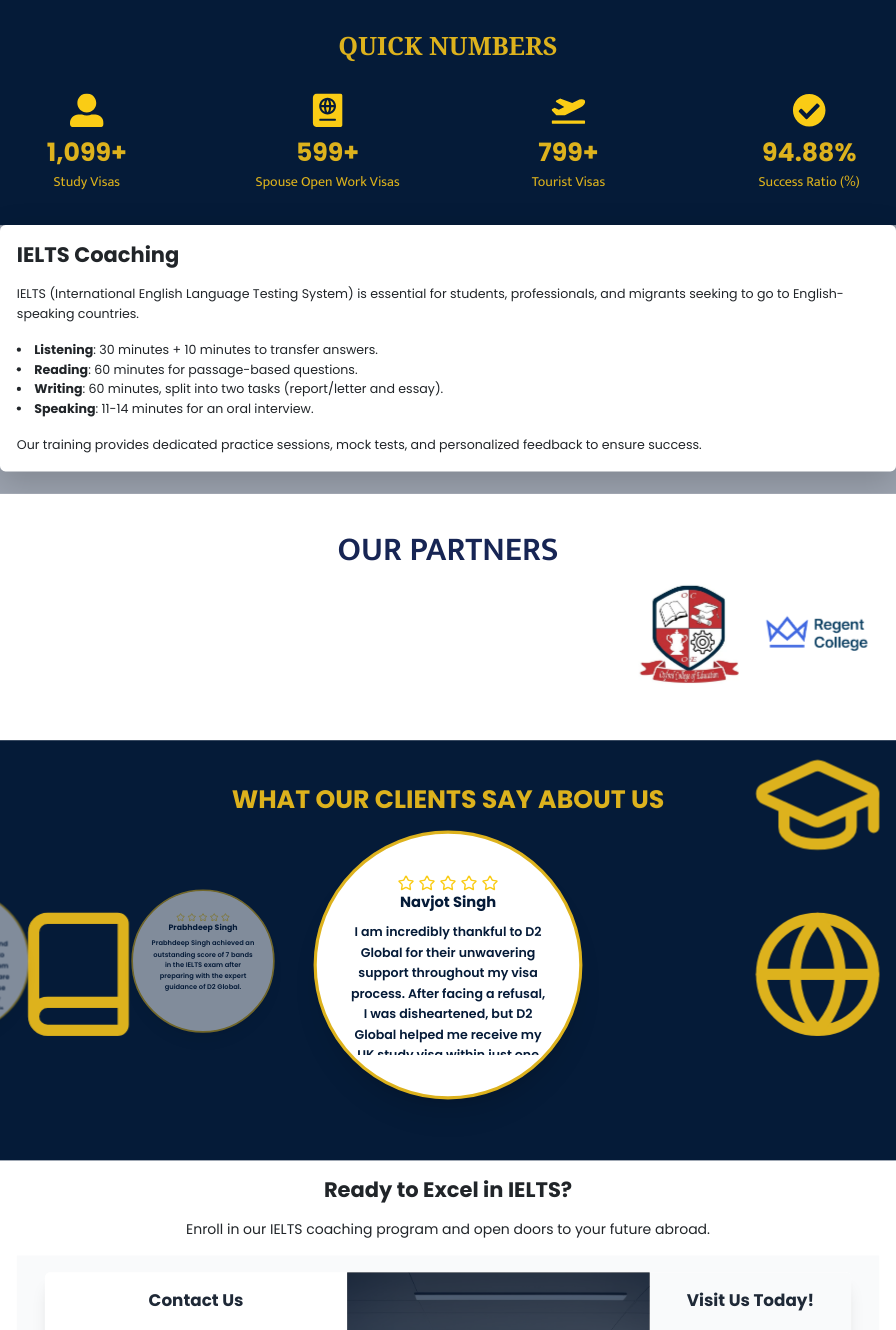
Repository: abhijeets54/d2globalbackup
Page: /IELTSCoaching
These files come from the project's save history. The page is drawn as it stood at one moment and after a run of saves; the edit follows.
The browser window is 1280 px wide. The pictures show the part of the page from y = 381 to 2281 px (the page is 3240 px tall before and 3139 px after), at 70% of full size.
Pictures or frames that could not be fetched are drawn as grey boxes. Some web fonts or font styles are not loaded; a fallback is used. The project was rebuilt for these pictures with package versions that can differ from the ones it lists, and the page was loaded fresh each time. Also part of the build but not shown: vite.config.js, src/components/Logo.jsx, src/components/Button.jsx, src/components/PostCard.jsx, src/components/Input.jsx, src/components/Collage.jsx, src/components/PassportServiceSlider.jsx, src/components/About.jsx and 29 more.

Above is the page before, as saved 2024-10-22 14:48:53.

### index.html
<!doctype html>
<html lang="en">
  <head>
    <meta charset="UTF-8" />
    <link rel="icon" type="image/svg+xml" href="/logo.png" />
    <meta name="viewport" content="width=device-width, initial-scale=1.0" />
    <link href="https://fonts.googleapis.com/css2?family=Gothic+A1&family=Inconsolata:wght@200..900&family=Mukta:wght@200;300;400;500;600;700;800&family=Poppins:ital,wght@0,100;0,200;0,300;0,400;0,500;0,600;0,700;0,800;0,900;1,100;1,200;1,300;1,400;1,500;1,600;1,700;1,800;1,900&display=swap" rel="stylesheet">
    <link rel="preconnect" href="https://fonts.googleapis.com">
<link rel="preconnect" href="https://fonts.gstatic.com" crossorigin>
<link href="https://fonts.googleapis.com/css2?family=Lora:ital,wght@0,400..700;1,400..700&family=Merriweather:ital,wght@0,300;0,400;0,700;0,900;1,300;1,400;1,700;1,900&family=Open+Sans:ital,wght@0,300..800;1,300..800&family=Playfair+Display:ital,wght@0,400..900;1,400..900&display=swap" rel="stylesheet">
    <link rel="preconnect" href="https://fonts.googleapis.com">
<link rel="preconnect" href="https://fonts.gstatic.com" crossorigin>
<link href="https://fonts.googleapis.com/css2?family=Lora:ital,wght@0,400..700;1,400..700&family=Merriweather:ital,wght@0,300;0,400;0,700;0,900;1,300;1,400;1,700;1,900&family=Open+Sans:ital,wght@0,300..800;1,300..800&display=swap" rel="stylesheet">
    <link rel="preconnect" href="https://fonts.googleapis.com">
<link rel="preconnect" href="https://fonts.gstatic.com" crossorigin>
<link href="https://fonts.googleapis.com/css2?family=Merriweather:ital,wght@0,300;0,400;0,700;0,900;1,300;1,400;1,700;1,900&display=swap" rel="stylesheet">
    <link href="https://cdn.jsdelivr.net/npm/bootstrap@5.3.3/dist/css/bootstrap.min.css" rel="stylesheet" integrity="sha384-QWTKZyjpPEjISv5WaRU9OFeRpok6YctnYmDr5pNlyT2bRjXh0JMhjY6hW+ALEwIH" crossorigin="anonymous">
    <link
  rel="stylesheet"
  href="https://cdnjs.cloudflare.com/ajax/libs/font-awesome/5.15.3/css/all.min.css"
/>
    <title>D2 Global</title>
  </head>
  <body class="bg-slate-400">
    <div id="root"></div>
    <script src="https://cdn.jsdelivr.net/npm/bootstrap@5.3.3/dist/js/bootstrap.bundle.min.js" integrity="sha384-YvpcrYf0tY3lHB60NNkmXc5s9fDVZLESaAA55NDzOxhy9GkcIdslK1eN7N6jIeHz" crossorigin="anonymous"></script>
    <script type="module" src="/src/main.jsx"></script>
  </body>
</html>

### src/main.jsx
import React from 'react';
import ReactDOM from 'react-dom/client';
import { RouterProvider, createBrowserRouter } from 'react-router-dom';
import App from './App.jsx';
import './index.css';
import Home from './pages/Home.jsx';
import About from './components/About.jsx';
import Layout from './components/Layout.jsx';
import AboutUs from './pages/AboutUs.jsx';
import StudyUK from './pages/StudyUK.jsx';
import StudyAus from './pages/StudyAus.jsx';
import StudyCan from './pages/StudyCan.jsx';
import StudyNz from './pages/StudyNz.jsx';
import StudyUSA from './pages/StudyUSA.jsx';
import StudyEurope from './pages/StudyEurope.jsx';
import StudyDubai from './pages/StudyDubai.jsx';
import StudyAbroad from './pages/StudyAbroad.jsx';
import Training from './pages/Training.jsx';
import TouristVisa from './pages/TouristVisa.jsx';
import WorkVisa from './pages/WorkVisa.jsx';
import VisitorVisa from './pages/VisitorVisa.jsx';
import Contactpage from './pages/Contactpage.jsx';
import PR from './pages/PR.jsx';
import IELTSCoaching from './pages/IELTSCoaching.jsx';
import PTECoaching from './pages/PTECoaching.jsx';
import SuccessStories from './pages/SuccessStories.jsx';

const router = createBrowserRouter([
  {
    path: '/',
    element: <App />,
    children: [
      {
        element: <Layout />,
        children: [
          { path: '/', element: <Home /> },
          { path: '/About', element: <About />},
          { path: '/AboutUs', element: <AboutUs />},
          { path: '/StudyUK', element: <StudyUK /> },
          { path: '/StudyAus', element: <StudyAus /> },
          { path: '/StudyAbroad', element: <StudyAbroad /> },
          { path: '/Training', element: <Training /> },
          { path: '/SuccessStories', element: <SuccessStories /> },
          { path: '/StudyUSA', element: <StudyUSA /> },
          { path: '/Contactpage', element: <Contactpage /> },
          { path: '/IELTSCoaching', element: <IELTSCoaching /> },
          { path: '/PTECoaching', element: <PTECoaching /> },
          { path: '/PR', element: <PR /> },
          { path: '/WorkVisa', element: <WorkVisa /> },
          { path: '/StudyEurope', element: <StudyEurope /> },
          { path: '/StudyDubai', element: <StudyDubai /> },
          { path: '/TouristVisa', element: <TouristVisa /> },
          { path: '/VisitorVisa', element: <VisitorVisa /> },
          { path: '/StudyCan', element: <StudyCan /> },
          { path: '/StudyNz', element: <StudyNz /> },
        ],
      },
    ],
  },
]);

ReactDOM.createRoot(document.getElementById('root')).render(
  <React.StrictMode>
    <RouterProvider router={router} />
  </React.StrictMode>
);

### src/App.jsx
import React, { useState, useEffect } from 'react'
import './App.css'
import { Footer, Header } from './components'
import { Outlet } from 'react-router-dom'


function App() {
  const [loading, setLoading] = useState(false)

  return !loading ? (
    <div className='min-h-screen flex flex-wrap content-between bg-gray-400'>
      <div className='w-full block'>
        <Header />
        <main>
        <Outlet />
        </main>
        <Footer />
      </div>
    </div>
  ) : null
}

export default App

### src/index.css
@tailwind base;
@tailwind components;
@tailwind utilities;

@keyframes slideIn {
    from {
      transform: translateX(100%);
      opacity: 0;
    }
    to {
      transform: translateX(0);
      opacity: 1;
    }
  }

  .slide-in {
    animation: slideIn 0.5s ease-out;
  }
  /* Animation for sliding content */
.slide-enter {
    transform: translateX(100%);
    opacity: 0;
  }

  .slide-enter-active {
    transform: translateX(0);
    opacity: 1;
    transition: transform 0.3s ease-in-out, opacity 0.3s ease-in-out;
  }

  .slide-exit {
    transform: translateX(0);
    opacity: 1;
  }

  .slide-exit-active {
    transform: translateX(-100%);
    opacity: 0;
    transition: transform 0.3s ease-in-out, opacity 0.3s ease-in-out;
  }

  /* Custom CSS to hide the scrollbar */
.scrollbar-hide::-webkit-scrollbar {
    display: none;
  }

  .scrollbar-hide {
    -ms-overflow-style: none; /* IE and Edge */
    scrollbar-width: none; /* Firefox */
  }

  @layer utilities {
    @keyframes slideIn {
      from {
        opacity: 0;
        transform: translateX(100%);
      }
      to {
        opacity: 1;
        transform: translateX(0);
      }
    }

    .animate-slide-in {
      animation: slideIn 0.7s ease-out forwards;
    }
  }
  /* Optional: Add custom animations */
@keyframes move-plane {
  from {
    transform: translateY(0);
  }
  to {
    transform: translateY(500px); /* Adjust this value based on the desired movement */
  }
}
@keyframes slideInLeft {
  from {
    transform: translateX(-100%);
    opacity: 0;
  }
  to {
    transform: translateX(0);
    opacity: 1;
  }
}

@keyframes slideInRight {
  from {
    transform: translateX(100%);
    opacity: 0;
  }
  to {
    transform: translateX(0);
    opacity: 1;
  }
}

.slide-in-left {
  animation: slideInLeft 0.5s forwards;
}

.slide-in-right {
  animation: slideInRight 0.5s forwards;
}
@media (max-width: 768px) {
  .left-slide, .right-slide {
    left: -80px; /* Adjust for smaller screens */
    transform: translateX(-5px); /* Adjust for spacing */
  }
}

@media (max-width: 480px) {
  .left-slide, .right-slide {
    left: -60px; /* Adjust for mobile screens */
    transform: translateX(-3px); /* Adjust for spacing */
  }

  .w-56 {
    width: 90% !important; /* Full width on mobile */
  }

  .w-64 {
    width: 90% !important; /* Full width on mobile */
  }
}

@keyframes slide-left {
  from {
    transform: translateX(-100%);
  }
  to {
    transform: translateX(0);
  }
}

@keyframes slide-right {
  from {
    transform: translateX(100%);
  }
  to {
    transform: translateX(0);
  }
}

.animate-slide-left {
  animation: slide-left 0.5s ease-in-out;
}

.animate-slide-right {
  animation: slide-right 0.5s ease-in-out;
}

/* In your CSS file */
.blurred-bg {
  background-image: url('/path-to-your-image.jpg'); /* Background image */
  background-size: cover;
  background-position: center;
  filter: blur(8px); /* Adjust blur as needed */
  position: absolute;
  top: 0;
  left: 0;
  right: 0;
  bottom: 0;
  z-index: -1; /* Send it behind other content */
}

### src/components/Layout.jsx
// src/components/Layout.jsx
import React from 'react';
import { Outlet, useNavigate } from 'react-router-dom';

const Layout = () => {
  const navigate = useNavigate();

  const handleDonateClick = () => {
    navigate('/Donate');
  };

  return (
    <div>
      <Outlet />
      {/* <a
        href="#top"
        className="fixed right-2 bottom-16 bg-blue-950 text-white hover:bg-yellow-500 py-1 px-2 rounded-2 h-8 w-10 mt-2"
        style={{ zIndex: 1000 }}
      >
        <img src="../../IOC Website pictures/icons8-top-50.png" alt="Go to top " />
      </a> */}
    </div>
  );
};

export default Layout;

### src/pages/IELTSCoaching.jsx
import React, { useState, useEffect } from 'react';
import { motion } from 'framer-motion';
import QuickEnquiry from '../components/ContactUs/QuickEnquiry';
import QuickNumbers from '../components/QuickNumbers';
import OurAssociates from '../components/OurAssociates';
import WhatPeopleAreSaying from '../components/WhatPeopleAreSaying';
import Register from '../components/Register';
import WorldMapContact from '../components/ContactSystem';
const IELTSCoaching = () => {
  const [loaded, setLoaded] = useState(false);

  useEffect(() => {
    setLoaded(true);
  }, []);

  return (
    <>
      {/* <QuickEnquiry /> */}

      {/* Hero Section with Image */}
      <motion.div
        className="text-left bg-white px-4 sm:px-8 py-8"
        initial={{ opacity: 0, y: -50 }}
        animate={{ opacity: 1, y: 0 }}
        transition={{ duration: 1 }}
      >
        <div className="flex flex-col md:flex-row items-center justify-between">
          <div className="flex-1 mr-0 md:mr-8 mb-8 md:mb-0">
            <h1 className="text-3xl sm:text-4xl md:text-5xl font-bold mb-4">IELTS Coaching</h1>
            <p className="text-lg sm:text-xl">
              Master the IELTS exam with our tailored coaching for both the Academic and General Training modules.
            </p>
          </div>
          <img src="/ieltsc.webp" alt="IELTS Coaching" className="w-full md:w-1/3 h-auto" />
        </div>
      </motion.div>

      <QuickNumbers />

      {/* IELTS Training Section */}
      <motion.div
        className="bg-white shadow-lg rounded-lg p-4 sm:p-8 mb-8 text-left"
        initial={{ opacity: 0, x: -100 }}
        animate={{ opacity: loaded ? 1 : 0, x: loaded ? 0 : -100 }}
        transition={{ duration: 1 }}
      >
        <h2 className="text-2xl sm:text-3xl font-bold mb-4">IELTS Coaching</h2>
        <p className="text-base sm:text-lg mb-4">
          IELTS (International English Language Testing System) is essential for students, professionals, and migrants seeking to go to English-speaking countries.
        </p>
        <ul className="list-disc list-inside text-base sm:text-lg">
          <li><strong>Listening</strong>: 30 minutes + 10 minutes to transfer answers.</li>
          <li><strong>Reading</strong>: 60 minutes for passage-based questions.</li>
          <li><strong>Writing</strong>: 60 minutes, split into two tasks (report/letter and essay).</li>
          <li><strong>Speaking</strong>: 11-14 minutes for an oral interview.</li>
        </ul>
        <p className="text-base sm:text-lg mt-4">
          Our training provides dedicated practice sessions, mock tests, and personalized feedback to ensure success.
        </p>
      </motion.div>

      <OurAssociates />
      <WhatPeopleAreSaying />

      {/* Call to Action */}
      <motion.div
        className="text-center bg-white p-4 sm:p-8"
        initial={{ scale: 0.9, opacity: 0 }}
        animate={{ scale: 1, opacity: 1 }}
        transition={{ duration: 1 }}
      >
        <h3 className="text-2xl sm:text-3xl font-bold mb-4">Ready to Excel in IELTS?</h3>
        <p className="text-lg sm:text-xl mb-6">
          Enroll in our IELTS coaching program and open doors to your future abroad.
        </p>
        <Register />
      </motion.div>
    </>
  );
};

export default IELTSCoaching;

### src/components/OurAssociates.jsx
import React from 'react';
import 'tailwindcss/tailwind.css';

const logos = [
  '/oxford.webp',
  '/regent.webp',
  '/webster.webp',
  '/avila.svg',
  '/iau.webp',
  '/bcnlip.webp',
  '/camino.webp',
  '/ihmgs.webp',
  '/uclan.webp',
  '/aura.webp',
  '/lyon.webp'
];

function OurAssociates() {
  return (
    <div className="bg-white py-10">
      <h4 className="text-center text-blue-950 mt-3 text-3xl sm:text-4xl lg:text-5xl font-semibold font-mukta">
        OUR PARTNERS
      </h4>
      <br />
      <div className="overflow-hidden relative">
        <div className="flex animate-scroll space-x-6 sm:space-x-8 lg:space-x-10">
          {/* Duplicating logos to create seamless infinite scroll */}
          {logos.concat(logos).map((logo, index) => (
            <div key={index} className="flex-shrink-0">
              <img
                src={logo}
                alt={`Logo ${index + 1}`}
                className="h-20 w-20 sm:h-28 sm:w-28 lg:h-36 lg:w-36 object-contain"
              />
            </div>
          ))}
        </div>
      </div>
      {/* Adding additional space at the bottom */}
      <div className="mt-10"></div>
    </div>
  );
}

export default OurAssociates;

### src/components/QuickNumbers.jsx
import React, { useEffect, useState, useRef } from 'react';
import CountUp from 'react-countup';
import { FaUserAlt, FaPassport, FaPlaneDeparture, FaCheckCircle } from 'react-icons/fa';
import 'tailwindcss/tailwind.css';

const data = [
  {
    icon: <FaUserAlt className="h-12 w-12 text-yellow-400 mb-2" />,
    number: 1100,
    label: 'Study Visas'
  },
  {
    icon: <FaPassport className="h-12 w-12 text-yellow-400 mb-2" />,
    number: 600,
    label: 'Spouse Open Work Visas'
  },
  {
    icon: <FaPlaneDeparture className="h-12 w-12 text-yellow-400 mb-2" />,
    number: 800,
    label: 'Tourist Visas'
  },
  {
    icon: <FaCheckCircle className="h-12 w-12 text-yellow-400 mb-2" />,
    number: 95,
    label: 'Success Ratio (%)',
    isDecimal: true,
  }
];

function QuickNumbers() {
  const [showCounts, setShowCounts] = useState(false);
  const quickNumbersRef = useRef(null);

  useEffect(() => {
    const observer = new IntersectionObserver(
      (entries) => {
        if (entries[0].isIntersecting) {
          setShowCounts(true);
        }
      },
      { threshold: 0.2 }
    );

    if (quickNumbersRef.current) {
      observer.observe(quickNumbersRef.current);
    }

    return () => {
      if (quickNumbersRef.current) {
        observer.unobserve(quickNumbersRef.current);
      }
    };
  }, []);

  return (
    <div ref={quickNumbersRef} className="bg-customBlue w-full">
      <h2 className="text-center text-2xl sm:text-4xl font-serif font-extrabold text-customYellow pt-5 mb-8">
        QUICK NUMBERS
      </h2>

      {/* Responsive Grid Layout */}
      <div className="grid grid-cols-1 sm:grid-cols-2 lg:grid-cols-4 gap-8 lg:gap-24 mt-5 pb-5">
        {data.map((item, index) => (
          <div key={index} className="text-center text-customYellow flex flex-col items-center">
            <div className="quicknumber flex flex-col justify-center items-center">
              <div className="icon mb-2">{item.icon}</div>
              <h3 className="text-2xl sm:text-4xl font-bold font-poppins"> {/* Use custom font here */}
                {showCounts && (
                  <CountUp
                    end={item.number}
                    duration={7}
                    decimals={item.isDecimal ? 2 : 0}
                    suffix={item.isDecimal ? "%" : "+"}
                  />
                )}
              </h3>
              <p className="mt-2 text-base sm:text-xl font-mukta"> {/* Use custom font here */}
                {item.label}
              </p>
            </div>
          </div>
        ))}
      </div>
    </div>
  );
}

export default QuickNumbers;

### src/components/ContactUs/ContactUs.jsx
import React from 'react';
import '@fortawesome/fontawesome-free/css/all.min.css';

const ContactUs = () => {
  return (
    <footer className="bg-customBlue text-customYellow py-8">
      <div className="container mx-auto grid grid-cols-1 md:grid-cols-2 lg:grid-cols-4 gap-8 text-lg">

        {/* Logo and Company Name Section */}
        <div className="flex items-center md:items-start space-x-4">
          <img src="/logo.png" alt="D2 Global Logo" className="w-32 h-auto md:w-48" />
          <div className="flex flex-col">
            <p className="text-2xl font-bold font-poppins">D2 Global</p>
            <p className="text-white text-lg font-merriweather">Education and Immigration</p>
          </div>
        </div>

        {/* Enquiries Section */}
        <div className="space-y-2 text-center md:text-left">
          <p className="font-bold text-2xl font-gothic">Enquiries</p>
          <p>
            <i className="fas fa-envelope mr-2"></i>
            <a href="mailto:info@d2global.com" className="text-gray-400 hover:text-customYellow font-openSans">
              info@d2global.in
            </a>
          </p>
          <p className="font-openSans">
            <i className="fas fa-phone mr-2"></i>
            +91 98789 90455
          </p>
        </div>

        {/* Quick Links Section */}
        <div className="space-y-4 text-center md:text-left">
          <p className="font-bold text-2xl font-lora">Quick Links</p>
          <a href="/AboutUs" className="text-gray-400 hover:text-customYellow font-openSans">About</a> <br />
          <a href="/StudyAbroad" className="text-gray-400 hover:text-customYellow font-openSans">Study Abroad</a> <br />
          <a href="/TouristVisa" className="text-gray-400 hover:text-customYellow font-openSans">Tourist Visa</a> <br />
          <a href="/ContactUs" className="text-gray-400 hover:text-customYellow font-openSans">Contact Us</a> <br />
          <a href="/PR" className="text-gray-400 hover:text-customYellow font-openSans">Permanent Residency</a> <br />
          <a href="/Training" className="text-gray-400 hover:text-customYellow font-openSans">Training</a>
        </div>

        {/* Google Maps Location Section */}
        <div className="space-y-2">
          <p className="font-bold text-2xl font-poppins text-center md:text-left">Our Location</p>
          <iframe
            src="https://www.google.com/maps/embed?pb=!1m18!1m12!1m3!1d3424.0981680924483!2d75.84533397619774!3d30.88391467830946!2m3!1f0!2f0!3f0!3m2!1i1024!2i768!4f13.1!3m3!1m2!1s0x391a8256b1dba32d%3A0x89337467ae3275ed!2sD2%20Global!5e0!3m2!1sen!2sin!4v1728041069574!5m2!1sen!2sin"
            width="100%"
            height="200"
            allowFullScreen=""
            loading="lazy"
            title="Google Map"
            className="border-0"
          />
        </div>

      </div>

      {/* Footer Bottom */}
      <div className="text-center text-customYellow mt-8 text-lg font-inconsolata">
        <p>All rights reserved © D2 Global.</p>
      </div>
    </footer>
  );
};

export default ContactUs;

### src/components/container/Container.jsx
import React from 'react'

function Container({ children }) {
  return <div className='w-full'>{children}</div>
}

export default Container

Loaded but not shown: tailwind.config.js (53 lines, source omitted); src/components/index.js (19 lines, source omitted); src/components/ContactSystem.jsx (272 lines, source omitted); src/components/Header/Header.jsx (248 lines, source omitted); src/components/Register.jsx (177 lines, source omitted); src/components/WhatPeopleAreSaying.jsx (107 lines, source omitted); src/App.css (212 lines, source omitted)

After the next 4 saves:
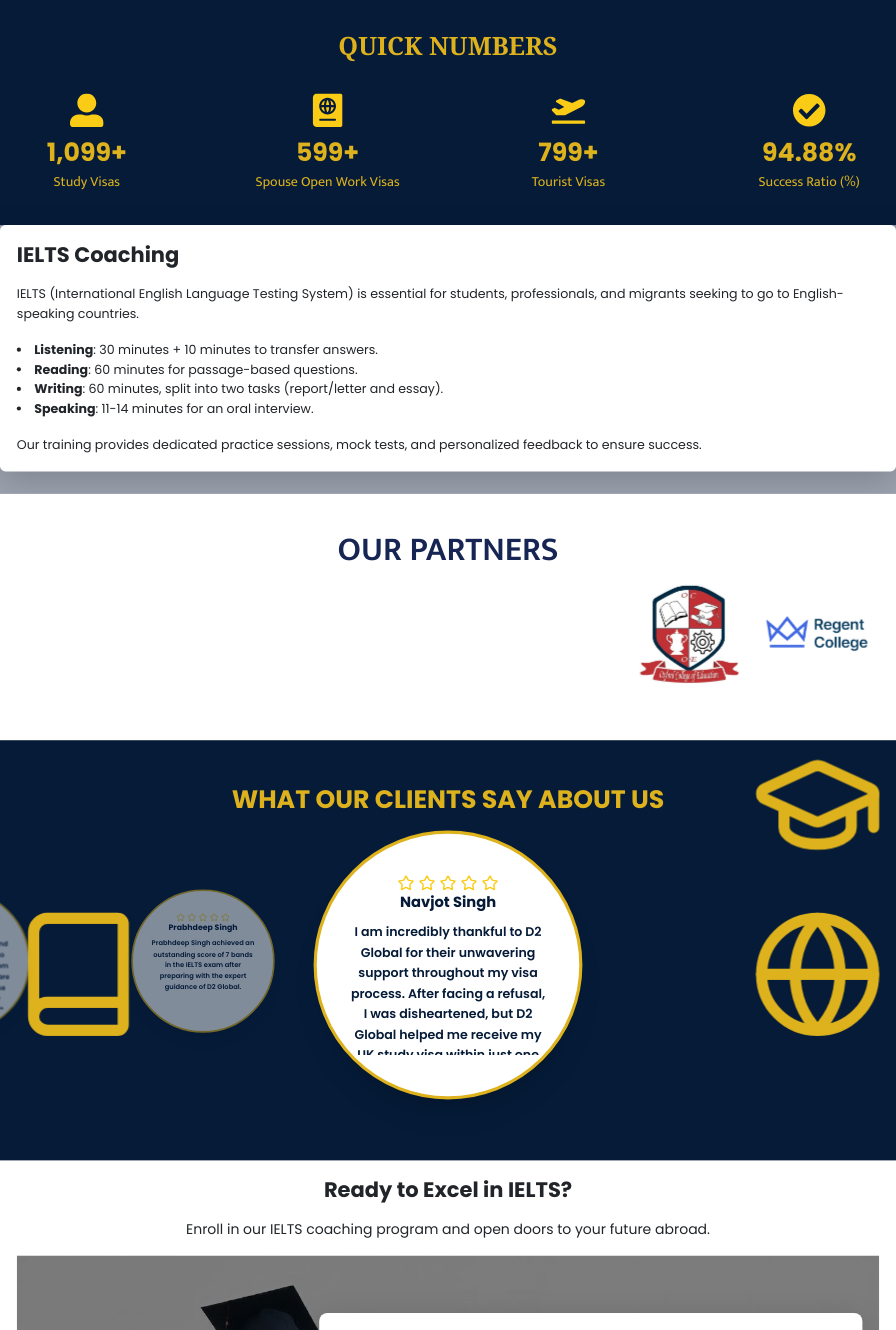
The 4 saves are shown as one change because they came seconds apart.
The last was saved 15 s later.
--- a/src/pages/IELTSCoaching.jsx
+++ b/src/pages/IELTSCoaching.jsx
@@ -73,7 +73,8 @@ const IELTSCoaching = () => {
         <p className="text-lg sm:text-xl mb-6">
           Enroll in our IELTS coaching program and open doors to your future abroad.
         </p>
-        <Register />
+        {/* <Register /> */}
+        <WorldMapContact/>
       </motion.div>
     </>
   );
